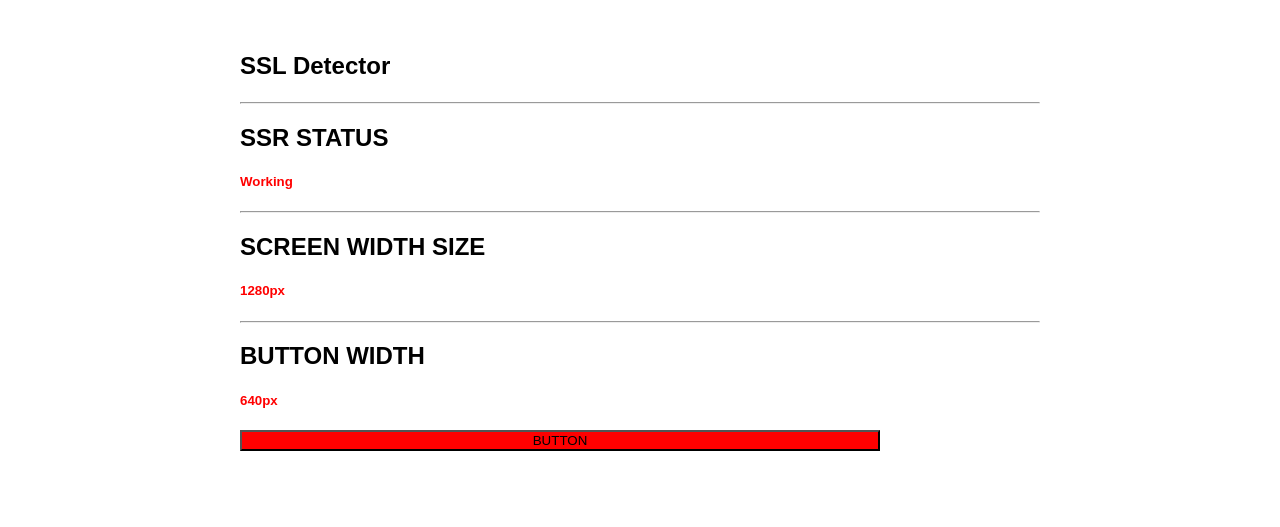
Repository: adrihle/screen-detector-nextpwa
Page: /
These files come from the project's save history. The page is drawn as it stood at one moment and after the next save; the edit follows.
The browser window is 1280 px wide. The pictures show the whole page.
The project was rebuilt for these pictures with package versions that can differ from the ones it lists, and the page was loaded fresh each time. The framework's server and built-in components were replaced by stand-ins that run in the browser. Imported but missing from the stored project, and not drawn on this page: pages/_document.

Above is the page before, as saved 2020-12-28 15:04:33.

After the next save:
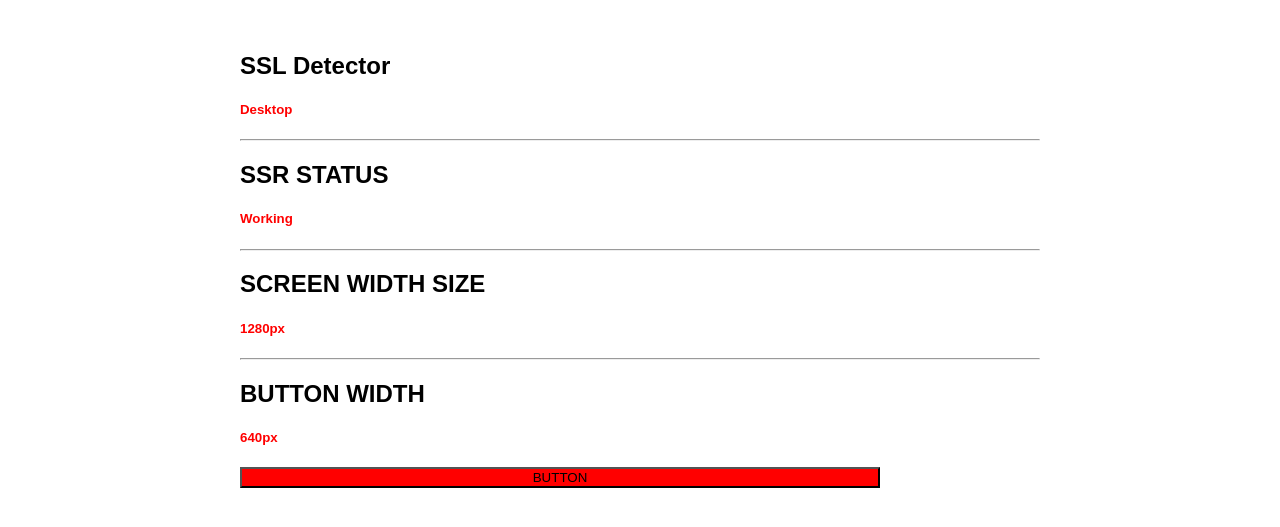
Saved 2 min 3 s later.
--- a/components/layouts/ScreenSizeLayout.tsx
+++ b/components/layouts/ScreenSizeLayout.tsx
@@ -14,6 +14,7 @@ const ScreenSizeLayout = ({ children }) => {
         else if (width > 420 && width < 820 && heigh < 420){setScreen('Land Mobile')}
         else if (width > 420 && width < 820 && heigh > 420){setScreen('Tablet')}
         else if (width > 820 && width < 1030){setScreen('Land Tablet')}
+        else {setScreen('Desktop')}
     }
 
     useEffect(() => {
